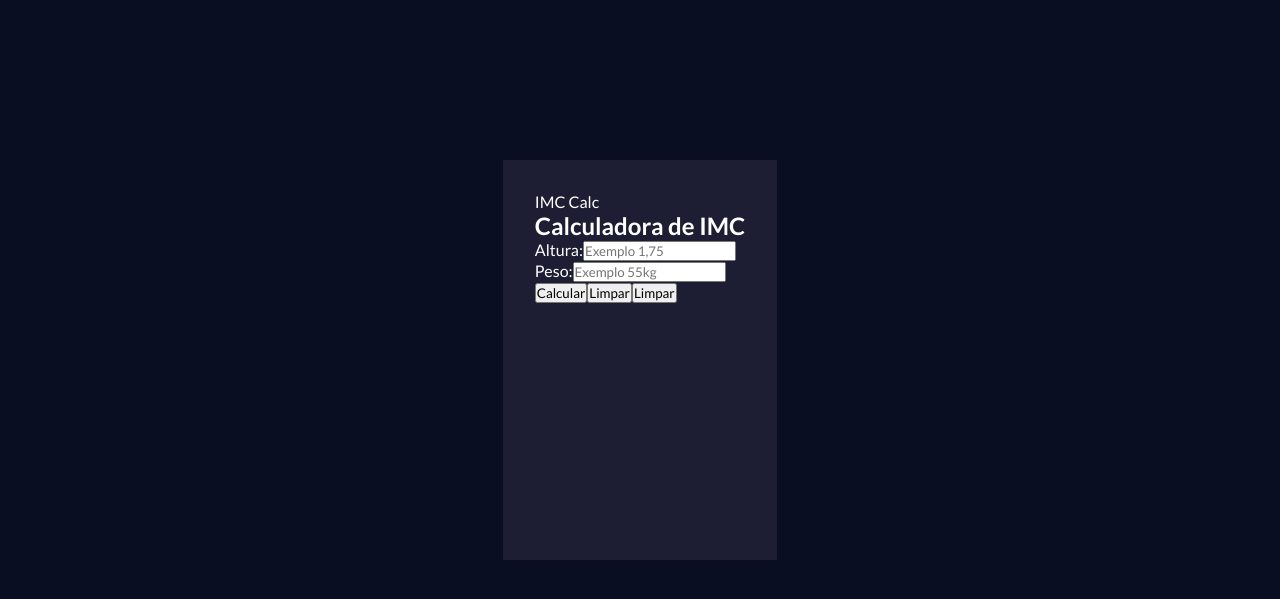
Repository: Bitroia/imc-calc-react
Page: / (app in imc/imc-calc/)
The author's editor kept a copy of each file at every save. The page is drawn from the files as they stood at one save, then again after the next save.
The browser window is 1280 px wide. The pictures show the whole page.
The project was rebuilt for these pictures with package versions that can differ from the ones it lists, and the page was loaded fresh each time. Also part of the build but not shown: imc/imc-calc/vite.config.js, imc/imc-calc/src/components/Button.css.

Above is the page before, as saved 2026-05-26 18:42:09.

### imc/imc-calc/index.html
<!doctype html>
<html lang="en">
  <head>
    <meta charset="UTF-8" />
    <link rel="icon" type="image/svg+xml" href="/favicon.svg" />
    <meta name="viewport" content="width=device-width, initial-scale=1.0" />
    <link rel="preconnect" href="https://fonts.googleapis.com" />
    <link rel="preconnect" href="https://fonts.gstatic.com" crossorigin />
    <link
      href="https://fonts.googleapis.com/css2?family=Lato:ital,wght@0,100;0,300;0,400;0,700;0,900;1,100;1,300;1,400;1,700;1,900&family=Montserrat:ital,wght@0,100..900;1,100..900&family=Roboto:ital,wght@0,100..900;1,100..900&display=swap"
      rel="stylesheet"
    />
    <title>imc-calc</title>
  </head>
  <body>
    <div id="root"></div>
    <script type="module" src="/src/main.jsx"></script>
  </body>
</html>

### imc/imc-calc/src/index.css
*{
  margin: 0;
  padding: 0;
  box-sizing: border-box;
  font-family: "Lato", sans-serif
}

body{
  background-color: #090e22;
  display: flex;
  justify-content: center;
  align-items: center;
  min-height: 100vh;
  color: #fff;
}

### imc/imc-calc/src/App.jsx
import { useState } from "react";
import ImcCalc from "./components/ImcCalc";
import "./App.css";

function App() {
  return (
    <div className="container">
      <p>IMC Calc</p>
      <ImcCalc/>
    </div>
  );
}

export default App;

### imc/imc-calc/src/components/ImcCalc.jsx
import React from "react";
import Button from "./Button";

const ImcCalc = () => {
  return (
    <div id="calc-container">
      <h2>Calculadora de IMC</h2>
      <form id="imc-form">
        <div className="form-inputs">
          <div className="form-control">
            <label htmlFor="height">Altura:</label>
            <input
              type="text"
              name="height"
              id="height"
              placeholder="Exemplo 1,75"
            />
          </div>
          <div className="form-control">
            <label htmlFor="weight">Peso:</label>
            <input
              type="text"
              name="weight"
              id="weight"
              placeholder="Exemplo 55kg"
            />
          </div>
        </div>
        <div className="action-control">
            <Button id="calc-btn" text="Calcular"/>
            <Button id="clear-btn" text="Limpar"/>
            <button>Limpar</button>
        </div>
      </form>
    </div>
  );
};

export default ImcCalc;

### imc/imc-calc/src/App.css
.container{
    min-height: 400px;
    min-height: 400px;
    background-color: #1d1e33;
    padding: 2rem;
}

### imc/imc-calc/src/components/Button.jsx
import "./Button.css";
import React from "react";

const Button = ({id, text}) => {
  return <button id={id}>{text}</button>;
};

export default Button;

Loaded but not shown: imc/imc-calc/src/main.jsx (common file)

After the next save:
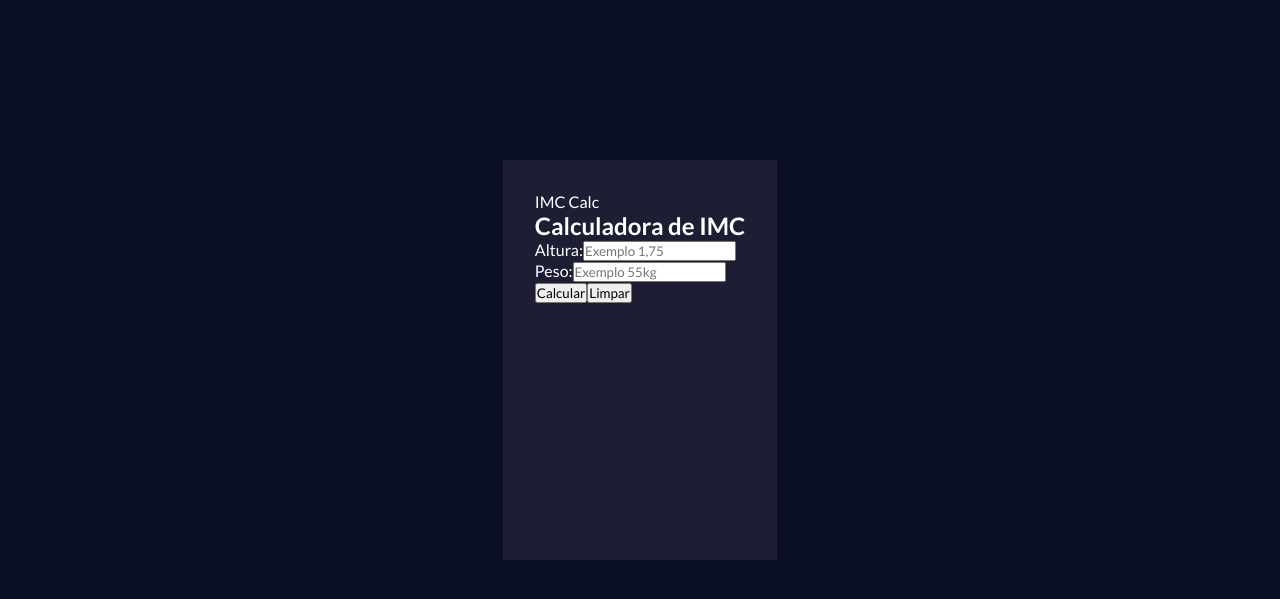
Saved 6 s later.
--- a/imc/imc-calc/src/components/ImcCalc.jsx
+++ b/imc/imc-calc/src/components/ImcCalc.jsx
@@ -29,7 +29,6 @@ const ImcCalc = () => {
         <div className="action-control">
             <Button id="calc-btn" text="Calcular"/>
             <Button id="clear-btn" text="Limpar"/>
-            <button>Limpar</button>
         </div>
       </form>
     </div>
